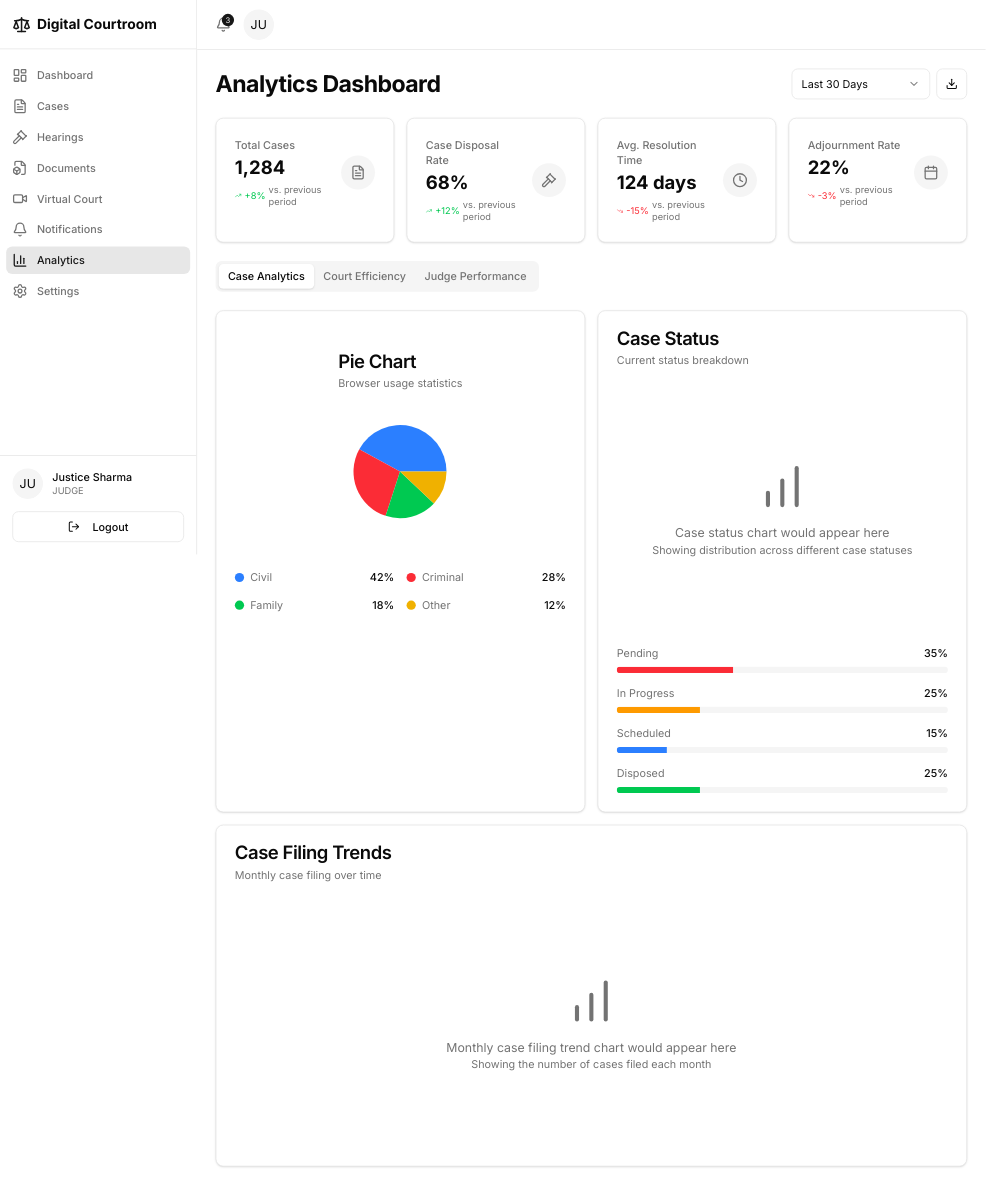
Repository: n0tank3sh/digicourt
Page: /analytics (app in frontend/)
These files come from the project's save history. The page is drawn as it stood at one moment and after a run of saves; the edit follows.
The browser window is 1280 px wide. The pictures show the whole page, at 77% of full size.
The project was rebuilt for these pictures with package versions that can differ from the ones it lists, and the page was loaded fresh each time. The framework's server and built-in components were replaced by stand-ins that run in the browser. Also part of the build but not shown: frontend/next.config.ts.

Above is the page before, as saved 2025-03-26 22:32:50.

### frontend/src/components/ui/card.tsx
import * as React from "react"

import { cn } from "@/lib/utils"

const Card = React.forwardRef<
  HTMLDivElement,
  React.HTMLAttributes<HTMLDivElement>
>(({ className, ...props }, ref) => (
  <div
    ref={ref}
    className={cn(
      "rounded-lg border bg-card text-card-foreground shadow-sm",
      className
    )}
    {...props}
  />
))
Card.displayName = "Card"

const CardHeader = React.forwardRef<
  HTMLDivElement,
  React.HTMLAttributes<HTMLDivElement>
>(({ className, ...props }, ref) => (
  <div
    ref={ref}
    className={cn("flex flex-col space-y-1.5 p-6", className)}
    {...props}
  />
))
CardHeader.displayName = "CardHeader"

const CardTitle = React.forwardRef<
  HTMLDivElement,
  React.HTMLAttributes<HTMLDivElement>
>(({ className, ...props }, ref) => (
  <div
    ref={ref}
    className={cn(
      "text-2xl font-semibold leading-none tracking-tight",
      className
    )}
    {...props}
  />
))
CardTitle.displayName = "CardTitle"

const CardDescription = React.forwardRef<
  HTMLDivElement,
  React.HTMLAttributes<HTMLDivElement>
>(({ className, ...props }, ref) => (
  <div
    ref={ref}
    className={cn("text-sm text-muted-foreground", className)}
    {...props}
  />
))
CardDescription.displayName = "CardDescription"

const CardContent = React.forwardRef<
  HTMLDivElement,
  React.HTMLAttributes<HTMLDivElement>
>(({ className, ...props }, ref) => (
  <div ref={ref} className={cn("p-6 pt-0", className)} {...props} />
))
CardContent.displayName = "CardContent"

const CardFooter = React.forwardRef<
  HTMLDivElement,
  React.HTMLAttributes<HTMLDivElement>
>(({ className, ...props }, ref) => (
  <div
    ref={ref}
    className={cn("flex items-center p-6 pt-0", className)}
    {...props}
  />
))
CardFooter.displayName = "CardFooter"

export { Card, CardHeader, CardFooter, CardTitle, CardDescription, CardContent }

### frontend/src/components/ui/tabs.tsx
"use client"

import * as React from "react"
import * as TabsPrimitive from "@radix-ui/react-tabs"

import { cn } from "@/lib/utils"

const Tabs = TabsPrimitive.Root

const TabsList = React.forwardRef<
  React.ElementRef<typeof TabsPrimitive.List>,
  React.ComponentPropsWithoutRef<typeof TabsPrimitive.List>
>(({ className, ...props }, ref) => (
  <TabsPrimitive.List
    ref={ref}
    className={cn(
      "inline-flex h-10 items-center justify-center rounded-md bg-muted p-1 text-muted-foreground",
      className
    )}
    {...props}
  />
))
TabsList.displayName = TabsPrimitive.List.displayName

const TabsTrigger = React.forwardRef<
  React.ElementRef<typeof TabsPrimitive.Trigger>,
  React.ComponentPropsWithoutRef<typeof TabsPrimitive.Trigger>
>(({ className, ...props }, ref) => (
  <TabsPrimitive.Trigger
    ref={ref}
    className={cn(
      "inline-flex items-center justify-center whitespace-nowrap rounded-sm px-3 py-1.5 text-sm font-medium ring-offset-background transition-all focus-visible:outline-none focus-visible:ring-2 focus-visible:ring-ring focus-visible:ring-offset-2 disabled:pointer-events-none disabled:opacity-50 data-[state=active]:bg-background data-[state=active]:text-foreground data-[state=active]:shadow-sm",
      className
    )}
    {...props}
  />
))
TabsTrigger.displayName = TabsPrimitive.Trigger.displayName

const TabsContent = React.forwardRef<
  React.ElementRef<typeof TabsPrimitive.Content>,
  React.ComponentPropsWithoutRef<typeof TabsPrimitive.Content>
>(({ className, ...props }, ref) => (
  <TabsPrimitive.Content
    ref={ref}
    className={cn(
      "mt-2 ring-offset-background focus-visible:outline-none focus-visible:ring-2 focus-visible:ring-ring focus-visible:ring-offset-2",
      className
    )}
    {...props}
  />
))
TabsContent.displayName = TabsPrimitive.Content.displayName

export { Tabs, TabsList, TabsTrigger, TabsContent }

### frontend/src/types/index.ts
// User Types
export enum UserRole {
  JUDGE = "JUDGE",
  LAWYER = "LAWYER",
  COURT_STAFF = "COURT_STAFF",
  CITIZEN = "CITIZEN",
  ADMIN = "ADMIN",
}

export interface User {
  id: string
  name: string
  email: string
  role: UserRole
  barId?: string // For lawyers
  courtId?: string // For judges and court staff
  createdAt: Date
  updatedAt: Date
}

// Case Types
export enum CaseStatus {
  FILED = "FILED",
  PENDING = "PENDING",
  IN_PROGRESS = "IN_PROGRESS",
  SCHEDULED = "SCHEDULED",
  ADJOURNED = "ADJOURNED",
  DISPOSED = "DISPOSED",
  CLOSED = "CLOSED",
}

export enum CaseType {
  CIVIL = "CIVIL",
  CRIMINAL = "CRIMINAL",
  FAMILY = "FAMILY",
  CORPORATE = "CORPORATE",
  CONSTITUTIONAL = "CONSTITUTIONAL",
  OTHER = "OTHER",
}

export interface Case {
  id: string
  caseNumber: string
  title: string
  description: string
  type: CaseType
  status: CaseStatus
  filingDate: Date
  plaintiffs: string[] // IDs of involved parties
  defendants: string[] // IDs of involved parties
  judgerId?: string
  courtId: string
  createdAt: Date
  updatedAt: Date
}

// Hearing Types
export enum HearingType {
  PHYSICAL = "PHYSICAL",
  VIRTUAL = "VIRTUAL",
  HYBRID = "HYBRID",
}

export enum HearingStatus {
  SCHEDULED = "SCHEDULED",
  IN_PROGRESS = "IN_PROGRESS",
  COMPLETED = "COMPLETED",
  ADJOURNED = "ADJOURNED",
  CANCELLED = "CANCELLED",
}

export interface Hearing {
  id: string
  caseId: string
  scheduledDate: Date
  actualDate?: Date
  type: HearingType
  status: HearingStatus
  location: string // Court room or virtual link
  notes?: string
  attendees: string[] // IDs of attendees
  createdAt: Date
  updatedAt: Date
}

// Document Types
export enum DocumentType {
  PETITION = "PETITION",
  EVIDENCE = "EVIDENCE",
  AFFIDAVIT = "AFFIDAVIT",
  JUDGMENT = "JUDGMENT",
  ORDER = "ORDER",
  NOTICE = "NOTICE",
  OTHER = "OTHER",
}

export interface Document {
  id: string
  caseId: string
  title: string
  type: DocumentType
  fileUrl: string
  fileSize: number
  mimeType: string
  uploadedBy: string // User ID
  isPublic: boolean
  version: number
  createdAt: Date
  updatedAt: Date
}

// Notification Types
export enum NotificationType {
  CASE_UPDATE = "CASE_UPDATE",
  HEARING_SCHEDULED = "HEARING_SCHEDULED",
  HEARING_RESCHEDULED = "HEARING_RESCHEDULED",
  DOCUMENT_UPLOADED = "DOCUMENT_UPLOADED",
  SUMMONS = "SUMMONS",
  JUDGMENT_DELIVERED = "JUDGMENT_DELIVERED",
  OTHER = "OTHER",
}

export interface Notification {
  id: string
  userId: string
  type: NotificationType
  title: string
  message: string
  relatedId?: string // ID of related entity (case, hearing, etc.)
  isRead: boolean
  createdAt: Date
}

// Court Types
export interface Court {
  id: string
  name: string
  type: string
  address: string
  jurisdiction: string
  contactNumber: string
  email: string
  createdAt: Date
  updatedAt: Date
}

// Analytics Types
export interface CaseAnalytics {
  totalCases: number
  pendingCases: number
  disposedCases: number
  averageDisposalTime: number // in days
  casesByType: Record<CaseType, number>
  casesByStatus: Record<CaseStatus, number>
  monthlyCaseFiling: { month: string; count: number }[]
}

export interface CourtAnalytics {
  totalHearings: number
  completedHearings: number
  adjournedHearings: number
  averageHearingDuration: number // in minutes
  hearingsByType: Record<HearingType, number>
  courtUtilization: number // percentage
}

### frontend/src/components/ui/button.tsx
import * as React from "react"
import { Slot } from "@radix-ui/react-slot"
import { cva, type VariantProps } from "class-variance-authority"

import { cn } from "@/lib/utils"

const buttonVariants = cva(
  "inline-flex items-center justify-center gap-2 whitespace-nowrap rounded-md text-sm font-medium ring-offset-background transition-colors focus-visible:outline-none focus-visible:ring-2 focus-visible:ring-ring focus-visible:ring-offset-2 disabled:pointer-events-none disabled:opacity-50 [&_svg]:pointer-events-none [&_svg]:size-4 [&_svg]:shrink-0",
  {
    variants: {
      variant: {
        default: "bg-primary text-primary-foreground hover:bg-primary/90",
        destructive:
          "bg-destructive text-destructive-foreground hover:bg-destructive/90",
        outline:
          "border border-input bg-background hover:bg-accent hover:text-accent-foreground",
        secondary:
          "bg-secondary text-secondary-foreground hover:bg-secondary/80",
        ghost: "hover:bg-accent hover:text-accent-foreground",
        link: "text-primary underline-offset-4 hover:underline",
      },
      size: {
        default: "h-10 px-4 py-2",
        sm: "h-9 rounded-md px-3",
        lg: "h-11 rounded-md px-8",
        icon: "h-10 w-10",
      },
    },
    defaultVariants: {
      variant: "default",
      size: "default",
    },
  }
)

export interface ButtonProps
  extends React.ButtonHTMLAttributes<HTMLButtonElement>,
    VariantProps<typeof buttonVariants> {
  asChild?: boolean
}

const Button = React.forwardRef<HTMLButtonElement, ButtonProps>(
  ({ className, variant, size, asChild = false, ...props }, ref) => {
    const Comp = asChild ? Slot : "button"
    return (
      <Comp
        className={cn(buttonVariants({ variant, size, className }))}
        ref={ref}
        {...props}
      />
    )
  }
)
Button.displayName = "Button"

export { Button, buttonVariants }

### frontend/src/components/ui/piechart.tsx
"use client"
import { TrendingUp } from "lucide-react"
import { Pie, PieChart } from "recharts"
import {
    Card,
    CardContent,
    CardDescription,
    CardHeader,
    CardTitle,

} from "@/components/ui/card"
import {
    ChartConfig,
    ChartContainer,
    ChartTooltip,
    ChartTooltipContent,
} from "@/components/ui/chart"
const chartData = [
    { browser: "Civil", visitors: 42, fill: "var(--color-blue-500)" },
    { browser: "Criminal", visitors: 28, fill: "var(--color-red-500)" },
    { browser: "Family", visitors: 18, fill: "var(--color-green-500)" },
    { browser: "other", visitors: 12, fill: "var(--color-yellow-500)" },
]
const chartConfig = {
    visitors: {
        label: "Visitors",
    },
    chrome: {
        label: "Chrome",
        color: "hsl(var(--chart-1))",
    },
    safari: {
        label: "Safari",
        color: "hsl(var(--chart-2))",
    },
    firefox: {
        label: "Firefox",
        color: "hsl(var(--chart-3))",
    },
    edge: {
        label: "Edge",
        color: "hsl(var(--chart-4))",
    },
    other: {
        label: "Other",
        color: "hsl(var(--chart-5))",
    },
} satisfies ChartConfig
export function PieChartComponent() {
    return (
        <Card className="flex flex-col shadow-none  border-none  ">
            <CardHeader className="bg-transparent">
               <CardTitle>Pie Chart</CardTitle>
                <CardDescription>Browser usage statistics</CardDescription>

            </CardHeader>
            <CardContent className="flex-1  pb-0 ">
                <ChartContainer
                    config={chartConfig}
                    className="mx-auto   aspect-square max-h-[250px] pb-0 [&_.recharts-pie-label-text]:fill-foreground"
                >
                    <PieChart>
                        <ChartTooltip content={<ChartTooltipContent hideLabel/>} />
                        <Pie data={chartData} dataKey="visitors"  nameKey="browser" />
                    </PieChart>
                </ChartContainer>
            </CardContent>

        </Card>
    )
}

### frontend/src/components/ui/avatar.tsx
"use client"

import * as React from "react"
import * as AvatarPrimitive from "@radix-ui/react-avatar"

import { cn } from "@/lib/utils"

const Avatar = React.forwardRef<
  React.ElementRef<typeof AvatarPrimitive.Root>,
  React.ComponentPropsWithoutRef<typeof AvatarPrimitive.Root>
>(({ className, ...props }, ref) => (
  <AvatarPrimitive.Root
    ref={ref}
    className={cn(
      "relative flex h-10 w-10 shrink-0 overflow-hidden rounded-full",
      className
    )}
    {...props}
  />
))
Avatar.displayName = AvatarPrimitive.Root.displayName

const AvatarImage = React.forwardRef<
  React.ElementRef<typeof AvatarPrimitive.Image>,
  React.ComponentPropsWithoutRef<typeof AvatarPrimitive.Image>
>(({ className, ...props }, ref) => (
  <AvatarPrimitive.Image
    ref={ref}
    className={cn("aspect-square h-full w-full", className)}
    {...props}
  />
))
AvatarImage.displayName = AvatarPrimitive.Image.displayName

const AvatarFallback = React.forwardRef<
  React.ElementRef<typeof AvatarPrimitive.Fallback>,
  React.ComponentPropsWithoutRef<typeof AvatarPrimitive.Fallback>
>(({ className, ...props }, ref) => (
  <AvatarPrimitive.Fallback
    ref={ref}
    className={cn(
      "flex h-full w-full items-center justify-center rounded-full bg-muted",
      className
    )}
    {...props}
  />
))
AvatarFallback.displayName = AvatarPrimitive.Fallback.displayName

export { Avatar, AvatarImage, AvatarFallback }

### frontend/src/components/ui/sheet.tsx
"use client"

import * as React from "react"
import * as SheetPrimitive from "@radix-ui/react-dialog"
import { cva, type VariantProps } from "class-variance-authority"
import { X } from "lucide-react"

import { cn } from "@/lib/utils"

const Sheet = SheetPrimitive.Root

const SheetTrigger = SheetPrimitive.Trigger

const SheetClose = SheetPrimitive.Close

const SheetPortal = SheetPrimitive.Portal

const SheetOverlay = React.forwardRef<
  React.ElementRef<typeof SheetPrimitive.Overlay>,
  React.ComponentPropsWithoutRef<typeof SheetPrimitive.Overlay>
>(({ className, ...props }, ref) => (
  <SheetPrimitive.Overlay
    className={cn(
      "fixed inset-0 z-50 bg-black/80  data-[state=open]:animate-in data-[state=closed]:animate-out data-[state=closed]:fade-out-0 data-[state=open]:fade-in-0",
      className
    )}
    {...props}
    ref={ref}
  />
))
SheetOverlay.displayName = SheetPrimitive.Overlay.displayName

const sheetVariants = cva(
  "fixed z-50 gap-4 bg-background p-6 shadow-lg transition ease-in-out data-[state=open]:animate-in data-[state=closed]:animate-out data-[state=closed]:duration-300 data-[state=open]:duration-500",
  {
    variants: {
      side: {
        top: "inset-x-0 top-0 border-b data-[state=closed]:slide-out-to-top data-[state=open]:slide-in-from-top",
        bottom:
          "inset-x-0 bottom-0 border-t data-[state=closed]:slide-out-to-bottom data-[state=open]:slide-in-from-bottom",
        left: "inset-y-0 left-0 h-full w-3/4 border-r data-[state=closed]:slide-out-to-left data-[state=open]:slide-in-from-left sm:max-w-sm",
        right:
          "inset-y-0 right-0 h-full w-3/4  border-l data-[state=closed]:slide-out-to-right data-[state=open]:slide-in-from-right sm:max-w-sm",
      },
    },
    defaultVariants: {
      side: "right",
    },
  }
)

interface SheetContentProps
  extends React.ComponentPropsWithoutRef<typeof SheetPrimitive.Content>,
    VariantProps<typeof sheetVariants> {}

const SheetContent = React.forwardRef<
  React.ElementRef<typeof SheetPrimitive.Content>,
  SheetContentProps
>(({ side = "right", className, children, ...props }, ref) => (
  <SheetPortal>
    <SheetOverlay />
    <SheetPrimitive.Content
      ref={ref}
      className={cn(sheetVariants({ side }), className)}
      {...props}
    >
      {children}
      <SheetPrimitive.Close className="absolute right-4 top-4 rounded-sm opacity-70 ring-offset-background transition-opacity hover:opacity-100 focus:outline-none focus:ring-2 focus:ring-ring focus:ring-offset-2 disabled:pointer-events-none data-[state=open]:bg-secondary">
        <X className="h-4 w-4" />
        <span className="sr-only">Close</span>
      </SheetPrimitive.Close>
    </SheetPrimitive.Content>
  </SheetPortal>
))
SheetContent.displayName = SheetPrimitive.Content.displayName

const SheetHeader = ({
  className,
  ...props
}: React.HTMLAttributes<HTMLDivElement>) => (
  <div
    className={cn(
      "flex flex-col space-y-2 text-center sm:text-left",
      className
    )}
    {...props}
  />
)
SheetHeader.displayName = "SheetHeader"

const SheetFooter = ({
  className,
  ...props
}: React.HTMLAttributes<HTMLDivElement>) => (
  <div
    className={cn(
      "flex flex-col-reverse sm:flex-row sm:justify-end sm:space-x-2",
      className
    )}
    {...props}
  />
)
SheetFooter.displayName = "SheetFooter"

const SheetTitle = React.forwardRef<
  React.ElementRef<typeof SheetPrimitive.Title>,
  React.ComponentPropsWithoutRef<typeof SheetPrimitive.Title>
>(({ className, ...props }, ref) => (
  <SheetPrimitive.Title
    ref={ref}
    className={cn("text-lg font-semibold text-foreground", className)}
    {...props}
  />
))
SheetTitle.displayName = SheetPrimitive.Title.displayName

const SheetDescription = React.forwardRef<
  React.ElementRef<typeof SheetPrimitive.Description>,
  React.ComponentPropsWithoutRef<typeof SheetPrimitive.Description>
>(({ className, ...props }, ref) => (
  <SheetPrimitive.Description
    ref={ref}
    className={cn("text-sm text-muted-foreground", className)}
    {...props}
  />
))
SheetDescription.displayName = SheetPrimitive.Description.displayName

export {
  Sheet,
  SheetPortal,
  SheetOverlay,
  SheetTrigger,
  SheetClose,
  SheetContent,
  SheetHeader,
  SheetFooter,
  SheetTitle,
  SheetDescription,
}

Loaded but not shown: frontend/src/app/layout.tsx (common file); frontend/src/components/theme-provider.tsx (common file); frontend/src/lib/utils.ts (common file); frontend/src/app/analytics/page.tsx (352 lines, source omitted); frontend/src/components/ui/chart.tsx (365 lines, source omitted); frontend/src/components/layout/main-layout.tsx (187 lines, source omitted); frontend/src/app/globals.css (200 lines, source omitted); frontend/src/components/ui/select.tsx (160 lines, source omitted)

After the next 4 saves:
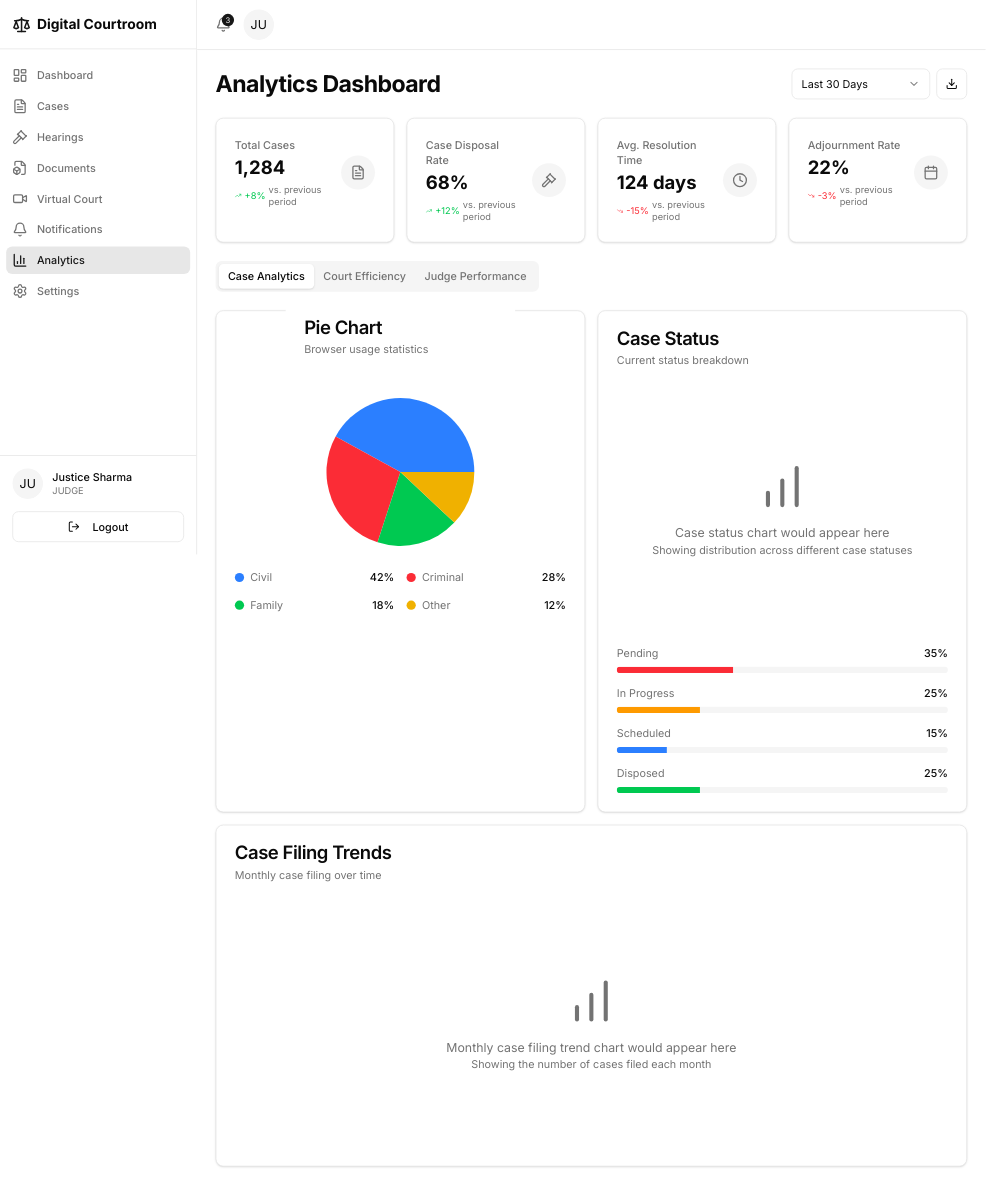
The 4 saves are shown as one change because they came seconds apart.
The last was saved 10 s later.
--- a/frontend/src/components/ui/piechart.tsx
+++ b/frontend/src/components/ui/piechart.tsx
@@ -57,7 +57,7 @@ export function PieChartComponent() {
             <CardContent className="flex-1  pb-0 ">
                 <ChartContainer
                     config={chartConfig}
-                    className="mx-auto   aspect-square max-h-[250px] pb-0 [&_.recharts-pie-label-text]:fill-foreground"
+                    className="mx-auto  h-[500px] aspect-square max-h-[250px] pb-0 [&_.recharts-pie-label-text]:fill-foreground"
                 >
                     <PieChart>
                         <ChartTooltip content={<ChartTooltipContent hideLabel/>} />
